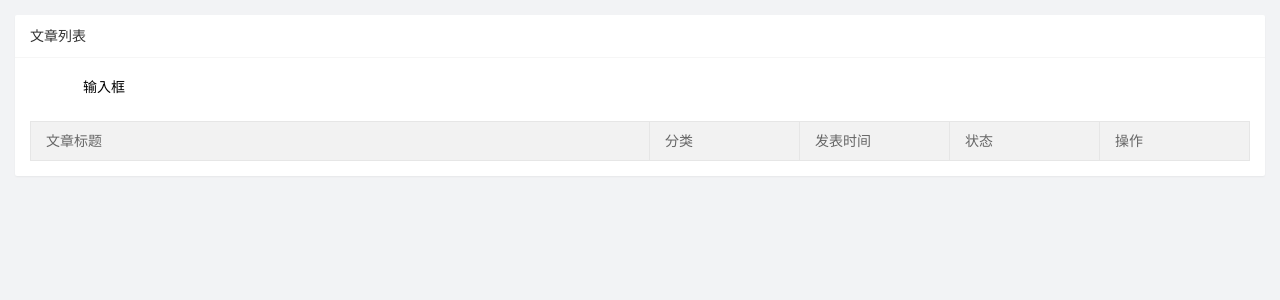
Repository: haloxxi/web_bigevent
Page: article/art-list.html
The author's editor kept a copy of each file at every save. The page is drawn from the files as they stood at one save, then again after the next save.
The browser window is 1280 px wide. The pictures show the whole page.
The page's requests for data from a server got no answer.

Above is the page before, as saved 2022-06-29 15:29:32.
Console error: TypeError: Cannot read properties of undefined (reading 'status')

After the next save:
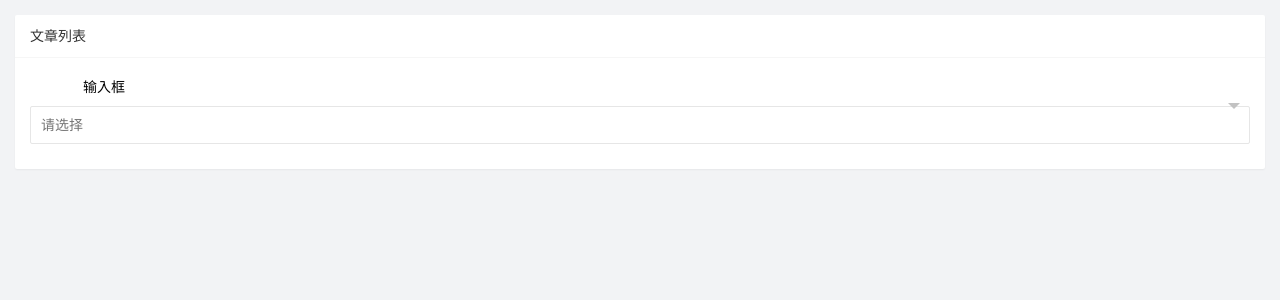
Saved 18 s later.
--- a/article/art-list.html
+++ b/article/art-list.html
@@ -19,7 +19,13 @@
             <form class="layui-form" action="">
                 <div class="layui-form-item">
                     <label class="layui-form-label">输入框</label>
-
+                    <select name="city" lay-verify="required">
+                        <option value=""></option>
+                        <option value="0">北京</option>
+                        <option value="1">上海</option>
+                        <option value="2">广州</option>
+                        <option value="3">深圳</option>
+                        <option value="4">杭州</option>
                 </div>
             </form>
             <!-- 列表区域 -->

After the save that followed:
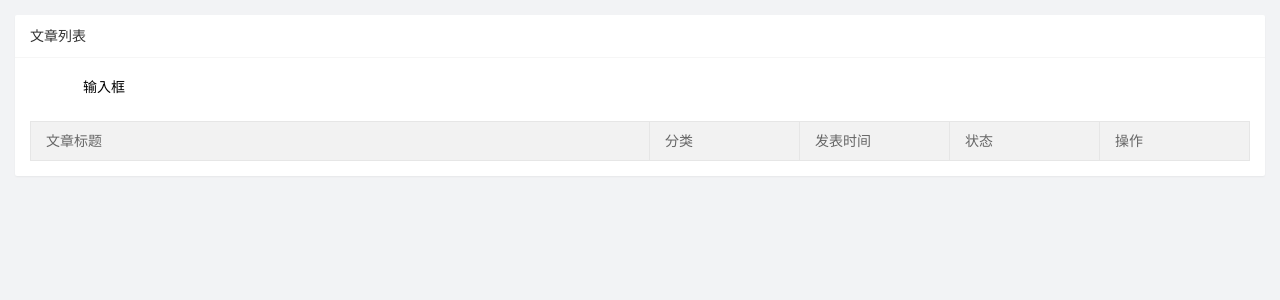
Saved 63 s later.
--- a/article/art-list.html
+++ b/article/art-list.html
@@ -19,13 +19,7 @@
             <form class="layui-form" action="">
                 <div class="layui-form-item">
                     <label class="layui-form-label">输入框</label>
-                    <select name="city" lay-verify="required">
-                        <option value=""></option>
-                        <option value="0">北京</option>
-                        <option value="1">上海</option>
-                        <option value="2">广州</option>
-                        <option value="3">深圳</option>
-                        <option value="4">杭州</option>
+
                 </div>
             </form>
             <!-- 列表区域 -->
